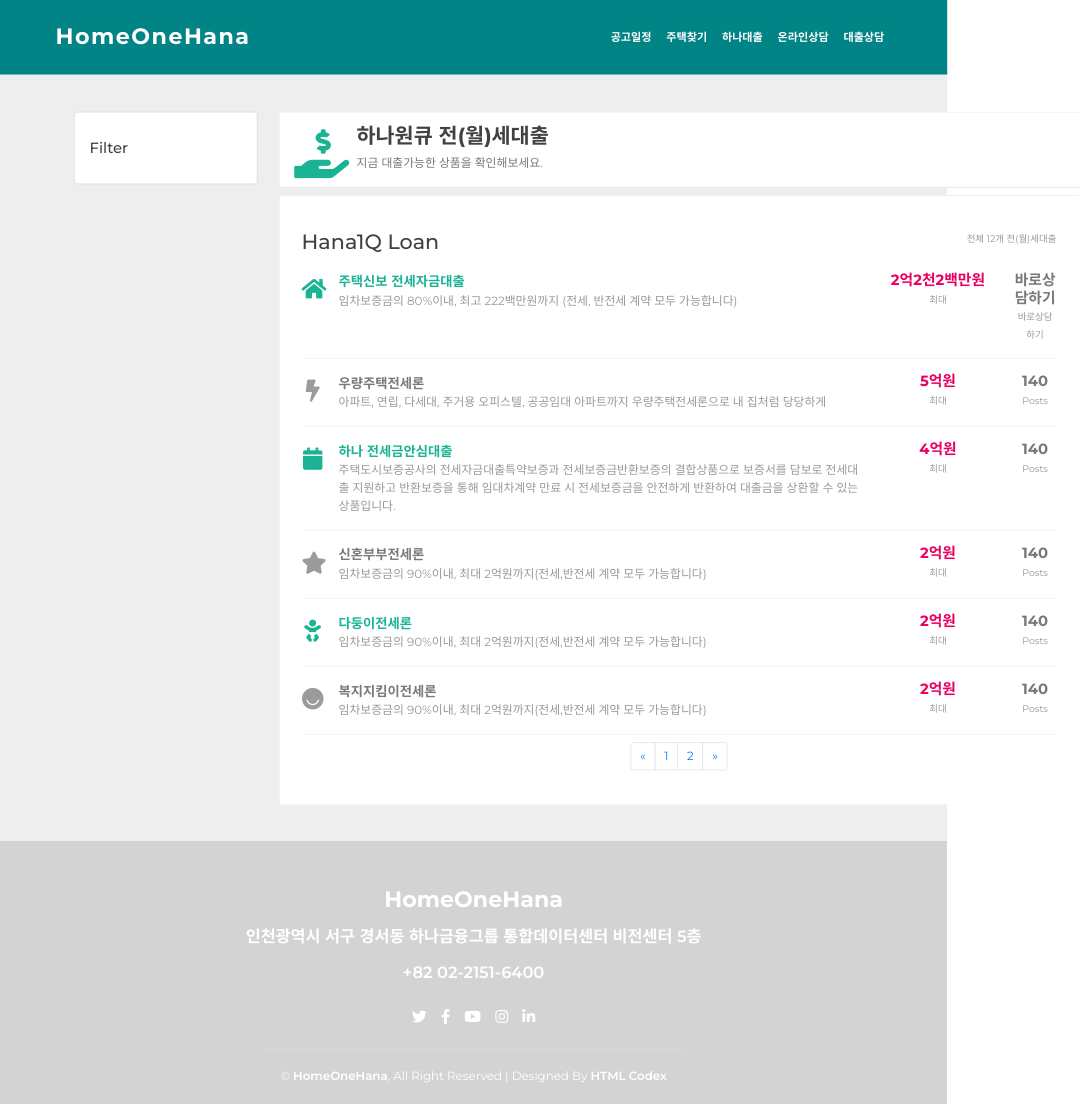
Repository: koposoftware/2021_10_syyoon
Page: http://localhost/HomeOneHana/WEB-INF/jsp/loan/loan.jsp
An editor plug-in stored every save of this project. The page is shown before and after the next save, followed by the edit.
The browser window is 1280 px wide. The page is 1473 px wide, so the pictures cover 1473 px, including what lies to the right of the window. The pictures show the whole page, at 74% of full size.
Some web libraries are served in a nearby version. The page is served by Tomcat 9. Nobody is signed in. The template is opened directly, without the code that normally fills it, so the values that code supplies are empty.

Above is the page before, as saved 2021-09-21 05:08:54.

After the next save:
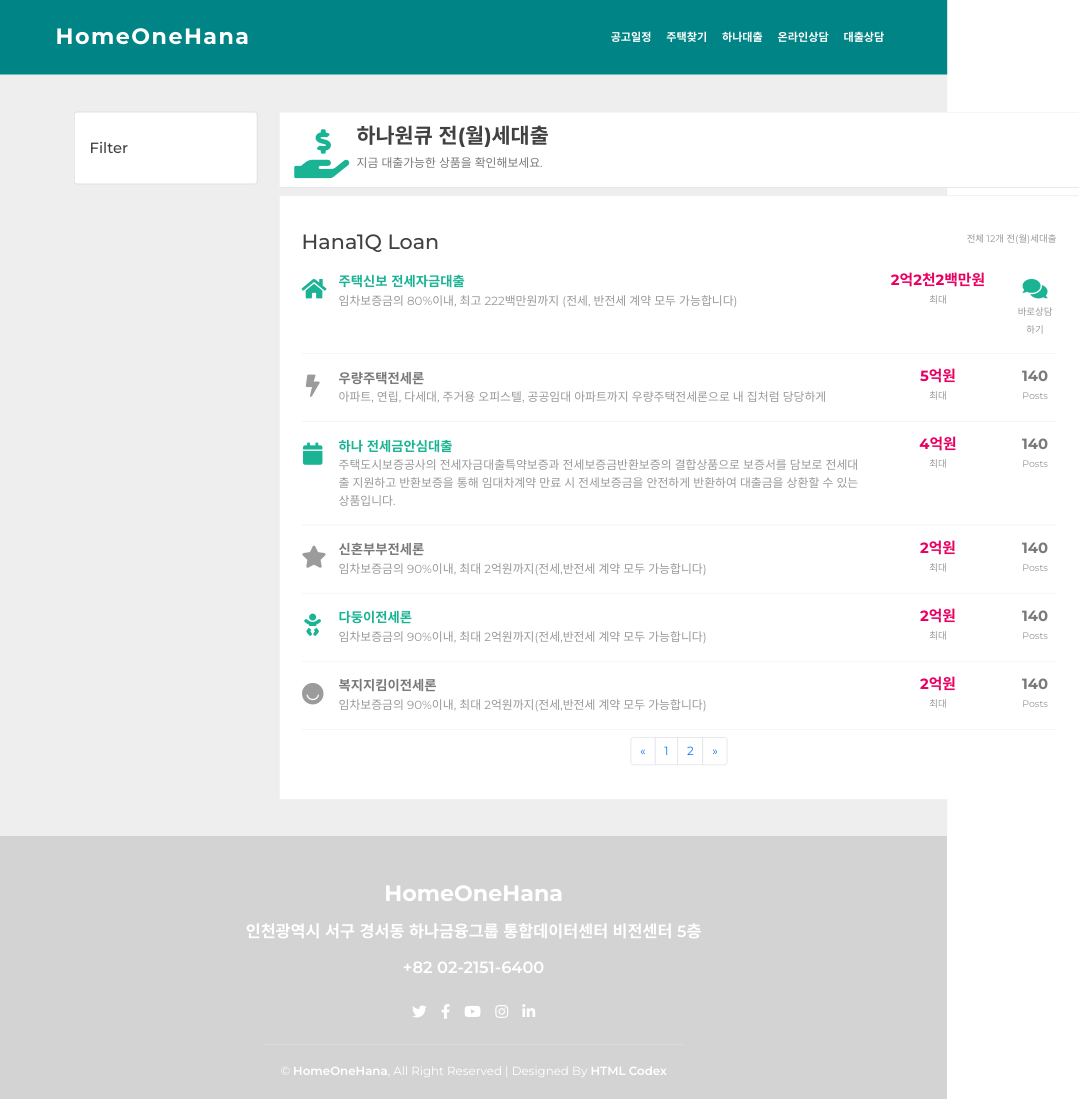
Saved 109 s later.
--- a/project/Spring-mvc/HomeOneHana/src/main/webapp/WEB-INF/jsp/loan/loan.jsp
+++ b/project/Spring-mvc/HomeOneHana/src/main/webapp/WEB-INF/jsp/loan/loan.jsp
@@ -83,7 +83,10 @@
 
 			                        <div class="col-md-1 forum-info">
 			                            <span class="views-number">
-			                                바로상담하기
+			                                <a href="${ pageContext.request.contextPath }/consult/chat"
+												target="_blank" class="chatLink"
+												onClick="window.open(this.href, '', 'width=596, height=653'); return false;">
+												<i class="fas fa-comments"></i></a>
 			                            </span>
 			                            <div>
 			                                <small>바로상담하기</small>
